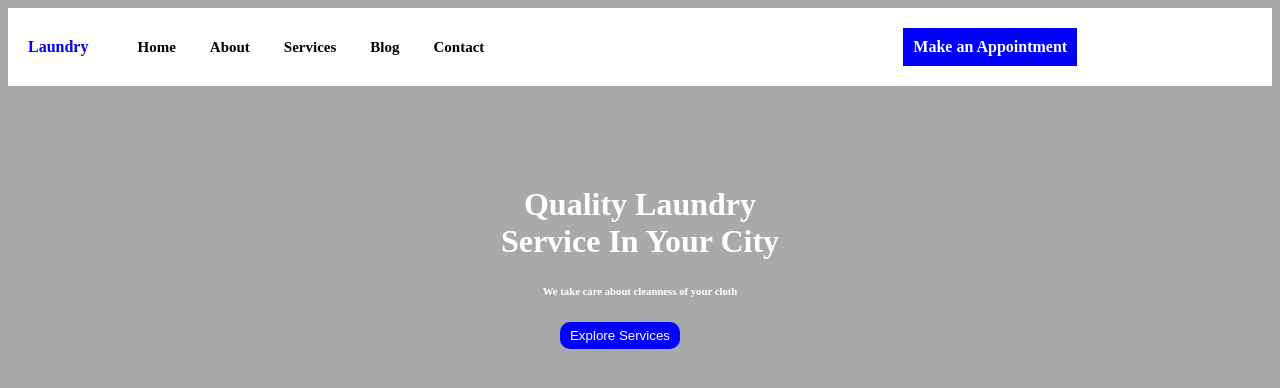
Repository: Tobby004/BDC-Assignment-4
Page: index.html
An editor plug-in stored every save of this project. The page is shown before and after the next save, followed by the edit.
The browser window is 1280 px wide. The pictures show the whole page.

Above is the page before, as saved 2023-03-08 05:04:52.

After the next save:
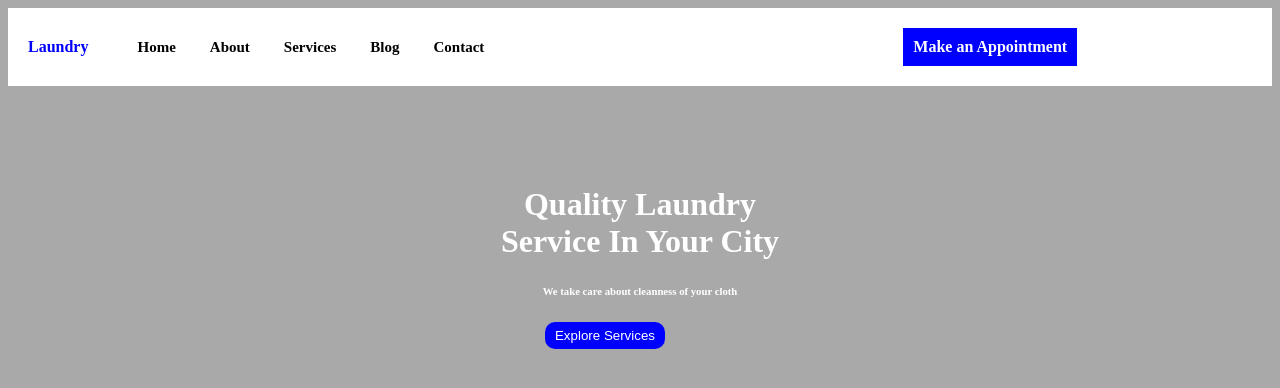
Saved 15 s later.
--- a/task.css
+++ b/task.css
@@ -47,7 +47,7 @@ button {
     padding: 6px;
     border: none;
     width: 120px;
-    margin-right: 40px;
+    margin-right: 70px;
     justify-content: center;
     border-radius: 10px;
 
